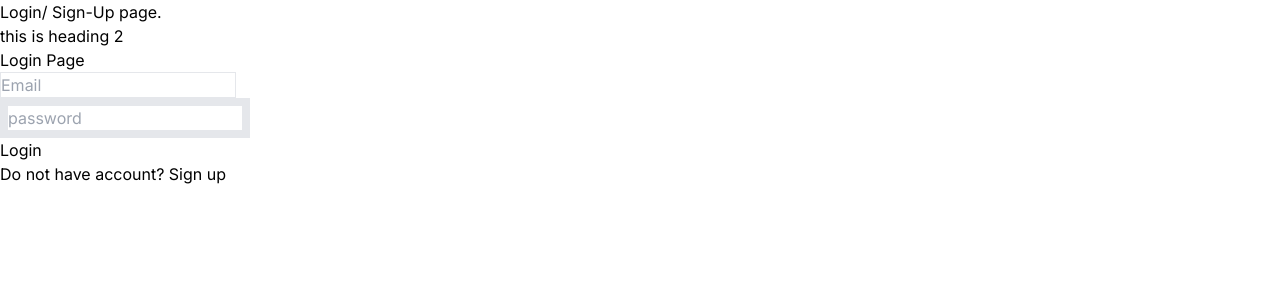
Repository: its-kundan/food-on-time
Page: /restaurant
The author's editor kept a copy of each file at every save. The page is drawn from the files as they stood at one save, then again after a run of saves.
The browser window is 1280 px wide. The pictures show the whole page.
The project was rebuilt for these pictures with package versions that can differ from the ones it lists, and the page was loaded fresh each time. The framework's server and built-in components were replaced by stand-ins that run in the browser. Also part of the build but not shown: next.config.mjs, src/app/_components/SignUp.jsx.

Above is the page before, as saved 2024-07-24 19:46:48.

After the next 2 saves:
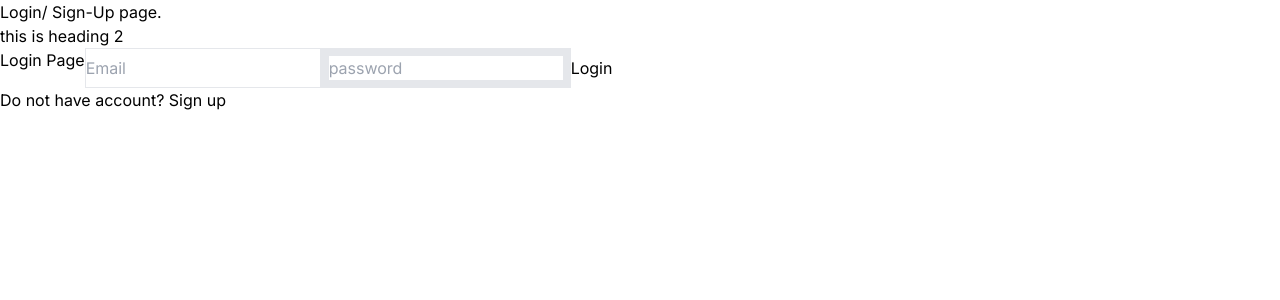
The 2 saves are shown as one change because they came seconds apart.
The last was saved 9 s later.
--- a/src/app/_components/Login.jsx
+++ b/src/app/_components/Login.jsx
@@ -3,7 +3,7 @@ import React from 'react'
 function Login() {
   return (
     <>
-        <div>
+        <div className='flex '>
         <h3> Login  Page</h3>
         <input className='border ' type="email" placeholder="Email" />
         <br />
